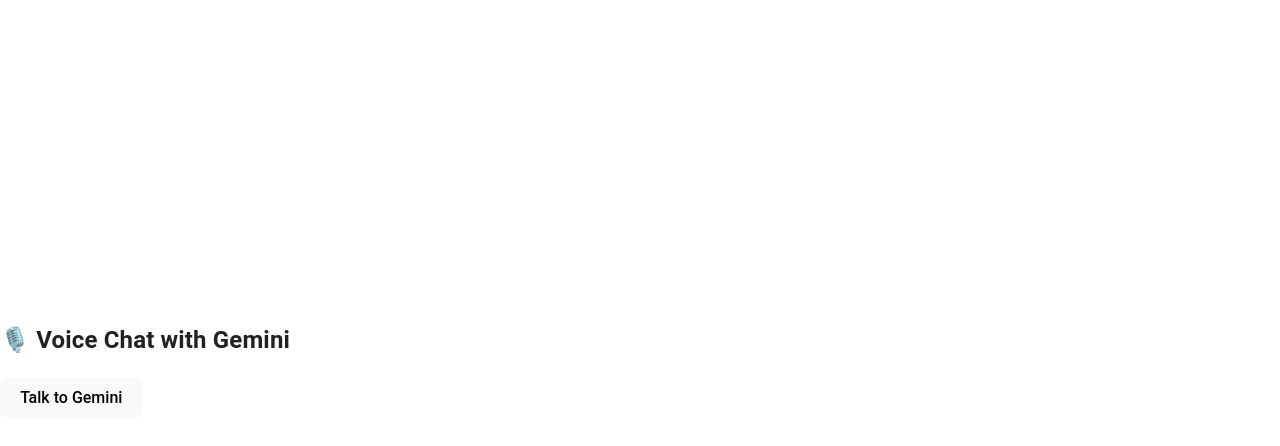
Repository: Debkumar04/revolt-voice-bot
Page: / (app in frontend/)
These files come from the project's save history. The page is drawn as it stood at one moment and after the next save; the edit follows.
The browser window is 1280 px wide. The pictures show the whole page.
The project was rebuilt for these pictures with package versions that can differ from the ones it lists, and the page was loaded fresh each time. Also part of the build but not shown: frontend/vite.config.js, frontend/src/components/UserMessage.jsx, frontend/src/components/AvatarIcon.jsx, frontend/src/components/BotMessage.jsx.

Above is the page before, as saved 2025-08-03 16:22:00.

After the next save:
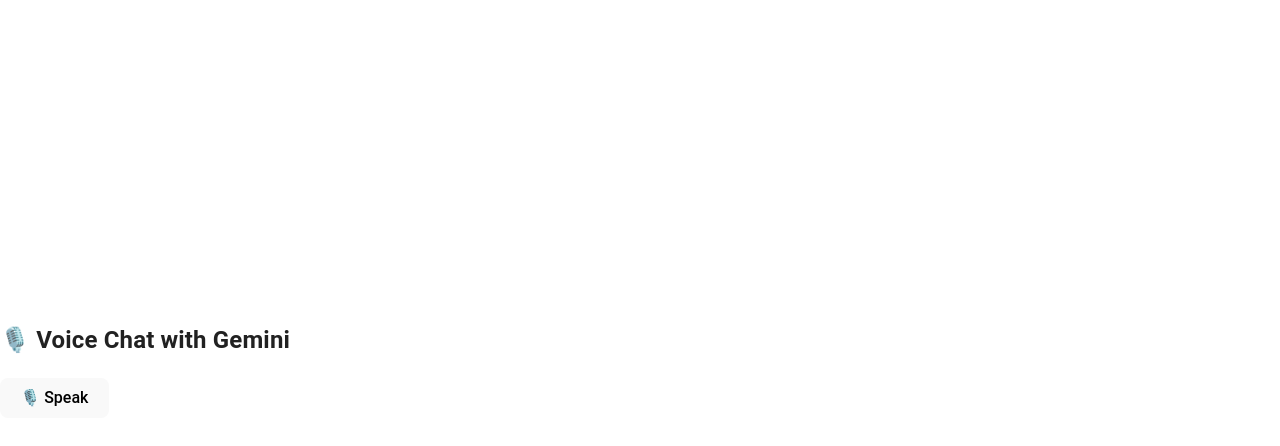
Saved 14 s later.
--- a/frontend/src/components/VoiceInput.jsx
+++ b/frontend/src/components/VoiceInput.jsx
@@ -1,46 +1,51 @@
-// --- components/VoiceInput.jsx ---
-import { useState, useEffect } from "react";
+// components/VoiceInput.jsx
+import { useState } from "react";
 import axios from "axios";
 
-export default function VoiceInput({ onUserMessage, onBotMessage }) {
-  const [listening, setListening] = useState(false);
+export default function VoiceInput({ onSend }) {
+  const [recognizing, setRecognizing] = useState(false);
+
   const recognition = new (window.SpeechRecognition ||
     window.webkitSpeechRecognition)();
   recognition.lang = "en-US";
   recognition.interimResults = false;
+  recognition.continuous = false;
 
   const startListening = () => {
-    setListening(true);
     recognition.start();
+    setRecognizing(true);
   };
 
   recognition.onresult = async (event) => {
     const transcript = event.results[0][0].transcript;
-    setListening(false);
-    onUserMessage(transcript);
+    onSend({ sender: "user", text: transcript });
 
     try {
-      onBotMessage(null); // show loading
-      const res = await axios.post("http://localhost:5000/api/gemini", {
-        prompt: transcript,
-      });
-      const reply = res.data.response;
-      onBotMessage(reply);
+      const res = await axios.post("/api/gemini", { prompt: transcript });
+      const reply = res.data.reply;
+      onSend({ sender: "bot", text: reply });
+
       const utterance = new SpeechSynthesisUtterance(reply);
       utterance.lang = "en-US";
       speechSynthesis.speak(utterance);
     } catch (err) {
-      onBotMessage("Error getting response.");
+      onSend({ sender: "bot", text: "Oops, something went wrong!" });
+    } finally {
+      setRecognizing(false);
     }
   };
 
+  recognition.onerror = () => setRecognizing(false);
+
   return (
     <button
-      className="bg-green-500 hover:bg-green-600 text-white px-4 py-2 rounded mt-4"
+      className={`px-4 py-2 rounded-full mt-4 ${
+        recognizing ? "bg-red-400" : "bg-green-500"
+      } text-white`}
       onClick={startListening}
-      disabled={listening}
+      disabled={recognizing}
     >
-      {listening ? "Listening..." : "Talk to Gemini"}
+      🎙️ {recognizing ? "Listening..." : "Speak"}
     </button>
   );
 }
